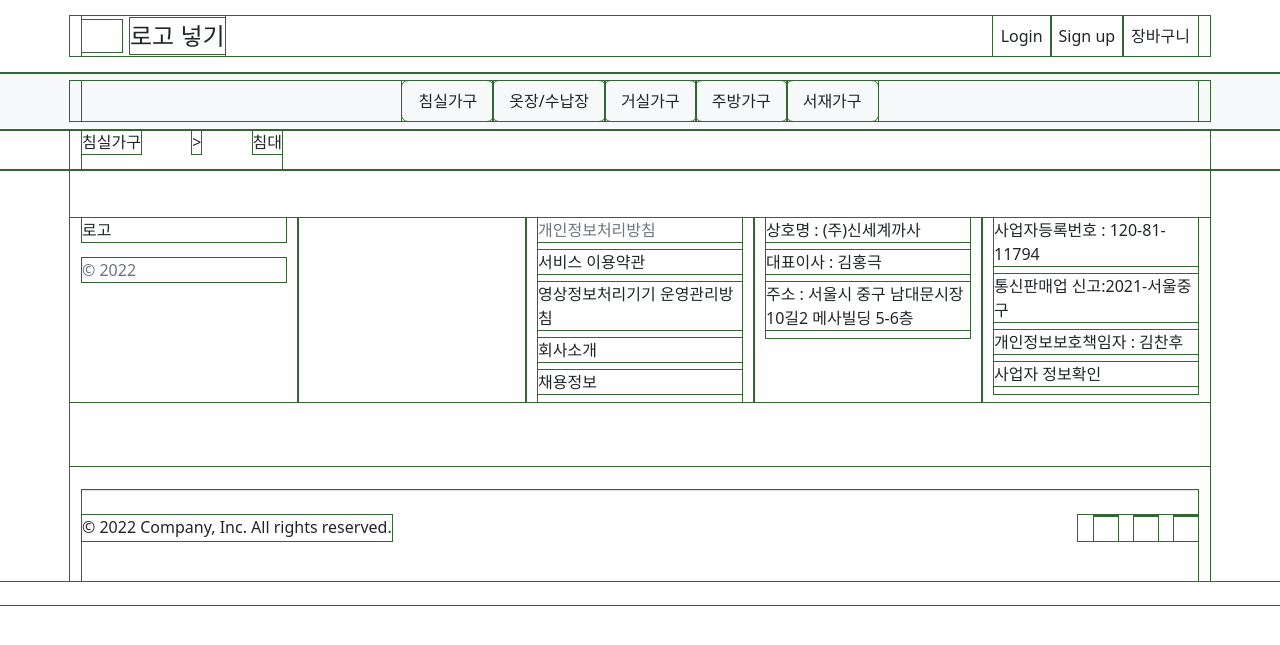
Repository: raoniee/Elice-House-Project
Page: FE/views/pages/main/item-list.html
An editor plug-in stored every save of this project. The page is shown before and after the next save, followed by the edit.
The browser window is 1280 px wide. The pictures show the whole page.

Above is the page before, as saved 2023-07-06 13:24:18.

After the next save:
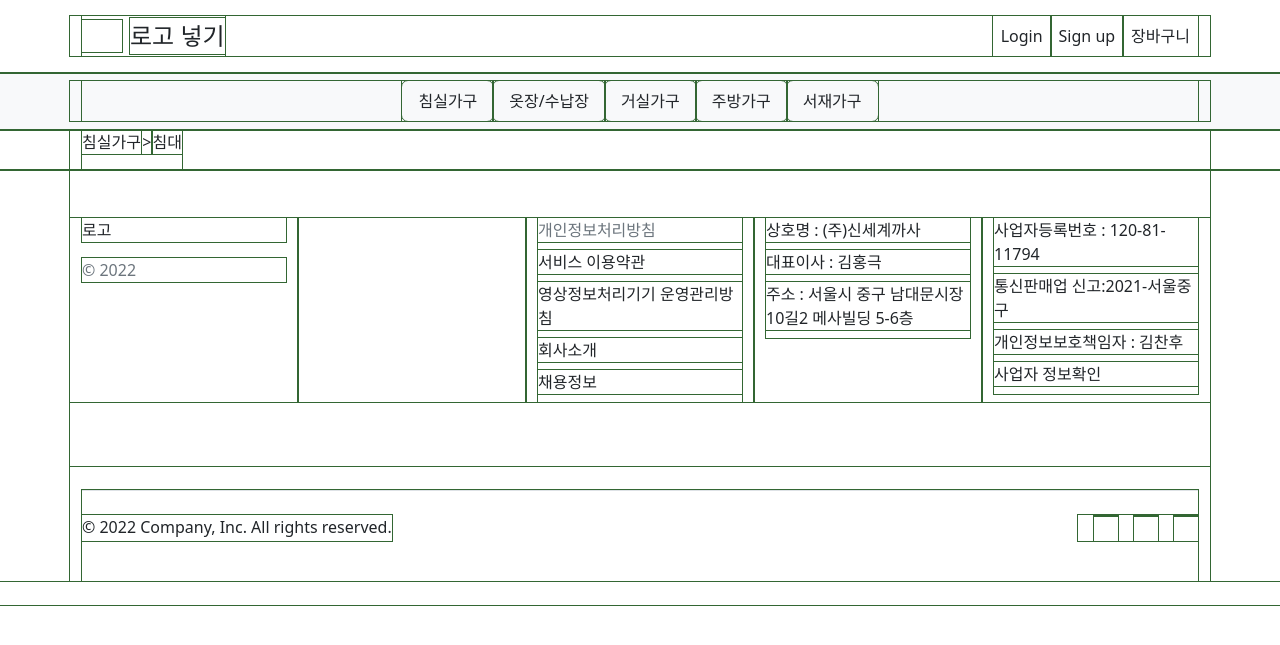
Saved 10 s later.
--- a/FE/views/pages/main/item-list.html
+++ b/FE/views/pages/main/item-list.html
@@ -37,7 +37,7 @@
       <div class="container">
         <div
           class="menu_bar d-flex justify-content-between"
-          style="width: 200px"
+          style="width: 100px"
         >
           <p class="menu-depth1">침실가구</p>
           <p class="arrow">></p>
